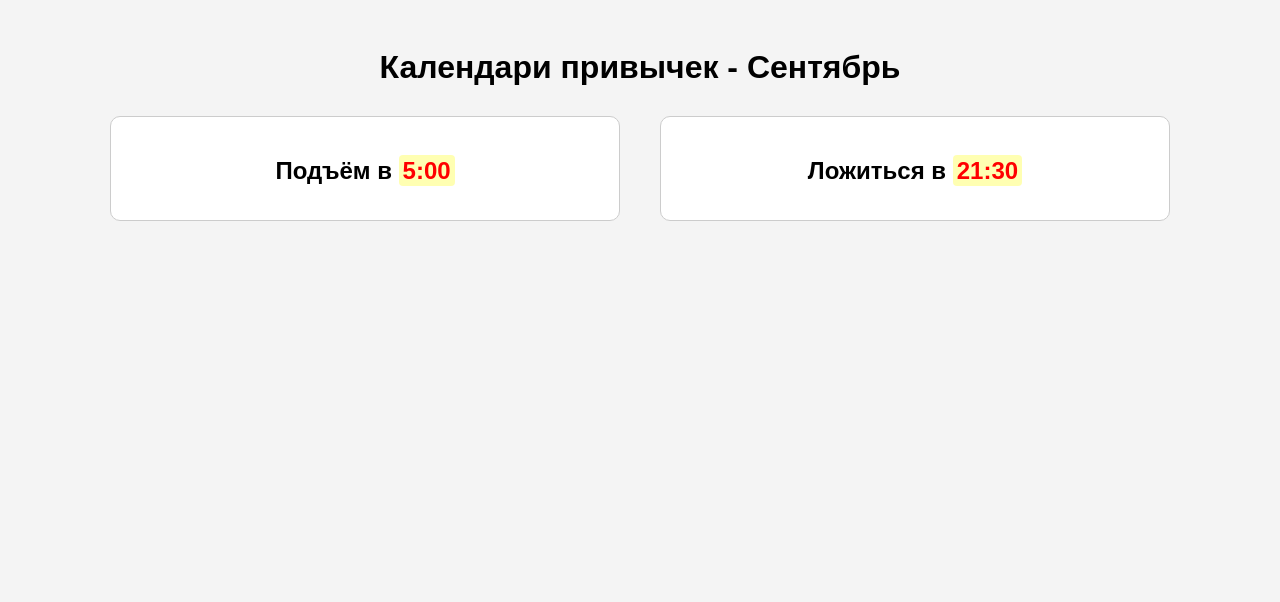
Repository: Pavel1776/doublecalendar
Page: index.html
These files come from the project's save history. The page is drawn as it stood at one moment and after the next save; the edit follows.
The browser window is 1280 px wide. The pictures show the whole page.

Above is the page before, as saved 2025-09-17 15:08:52.
Console error: TypeError: Cannot read properties of null (reading 'appendChild')

### index.html
<!DOCTYPE html>
<html lang="ru">

<head>
  <meta charset="UTF-8">
  <meta name="viewport" content="width=device-width, initial-scale=1.0">
  <link href="style.css" rel="stylesheet">
  <title>Календари привычек</title>
</head>

<body>

  <h1>Календари привычек - Сентябрь</h1>

  <div class="calendars-container">
    <!-- Первый календарь -->
    <div class="calendar">
      <h2>Подъём в <span class="highlight">5:00</span></h2>
      <div class="calendar-grid" id="calendar1"></div>
    </div>

    <!-- Второй календарь -->
    <div class="calendar">
      <h2>Ложиться в <span class="highlight">21:30</span></h2>
      <div class="calendar-grid" id="calendar2"></div>
    </div>
  </div>

  <script src="script.js"></script>
</body>

</html>

### style.css
body {
  font-family: Arial, sans-serif;
  background: #f4f4f4;
  display: flex;
  flex-direction: column;
  align-items: center;
  padding: 20px;
}

h1 {
  margin-bottom: 30px;
}

.calendars-container {
  display: flex;              /* календари в ряд */
  justify-content: center;
  gap: 40px;                  /* расстояние между ними */
  flex-wrap: wrap;            /* если мало места — перенос */
}

.calendar {
  background: #fff;
  border: 1px solid #ccc;
  border-radius: 10px;
  padding: 20px;
  text-align: center;
}

.calendar h2 {
  margin-bottom: 15px;
}

.calendar-grid {
  display: grid;
  grid-template-columns: repeat(7, 60px);
  gap: 8px;
}

.day {
  width: 60px;
  height: 60px;
  display: flex;
  align-items: center;
  justify-content: center;
  background: white;
  border: 1px solid #ccc;
  font-size: 18px;
  cursor: pointer;
  position: relative;
}

.day.crossed::after {
  content: "✖";
  color: rgba(255, 0, 0, 0.6);
  font-size: 40px;
  position: absolute;
}

.day.success::after {
  content: "✔";
  color: rgba(0, 200, 0, 0.6);
  font-size: 40px;
  position: absolute;
}

.highlight {
  font-weight: bold;
  color: red;
  background-color: rgba(255, 255, 0, 0.3);
  padding: 2px 4px;
  border-radius: 4px;
}

### script.js
const daysInSeptember = 30;

// ---------------------- Календарь подъём в 5:00 ----------------------
const morningCalendar = document.getElementById("calendar-morning");
let morningStatus = JSON.parse(localStorage.getItem("morningStatus")) || {};

for (let i = 1; i <= daysInSeptember; i++) {
  const day = document.createElement("div");
  day.classList.add("day");
  day.textContent = i;

  if (morningStatus[i] === "success") day.classList.add("success");
  if (morningStatus[i] === "fail") day.classList.add("fail");

  day.addEventListener("click", () => {
    if (day.classList.contains("success")) {
      day.classList.remove("success");
      day.classList.add("fail");
      morningStatus[i] = "fail";
    } else if (day.classList.contains("fail")) {
      day.classList.remove("fail");
      delete morningStatus[i];
    } else {
      day.classList.add("success");
      morningStatus[i] = "success";
    }

    localStorage.setItem("morningStatus", JSON.stringify(morningStatus));
  });

  morningCalendar.appendChild(day);
}

// ---------------------- Календарь ложусь до 21:30 ----------------------
const bedtimeCalendar = document.getElementById("calendar-bedtime");
let bedtimeStatus = JSON.parse(localStorage.getItem("bedtimeStatus")) || {};

for (let i = 1; i <= daysInSeptember; i++) {
  const day = document.createElement("div");
  day.classList.add("day");
  day.textContent = i;

  if (bedtimeStatus[i] === "success") day.classList.add("success");
  if (bedtimeStatus[i] === "fail") day.classList.add("fail");

  day.addEventListener("click", () => {
    if (day.classList.contains("success")) {
      day.classList.remove("success");
      day.classList.add("fail");
      bedtimeStatus[i] = "fail";
    } else if (day.classList.contains("fail")) {
      day.classList.remove("fail");
      delete bedtimeStatus[i];
    } else {
      day.classList.add("success");
      bedtimeStatus[i] = "success";
    }

    localStorage.setItem("bedtimeStatus", JSON.stringify(bedtimeStatus));
  });

  bedtimeCalendar.appendChild(day);
}

After the next save:
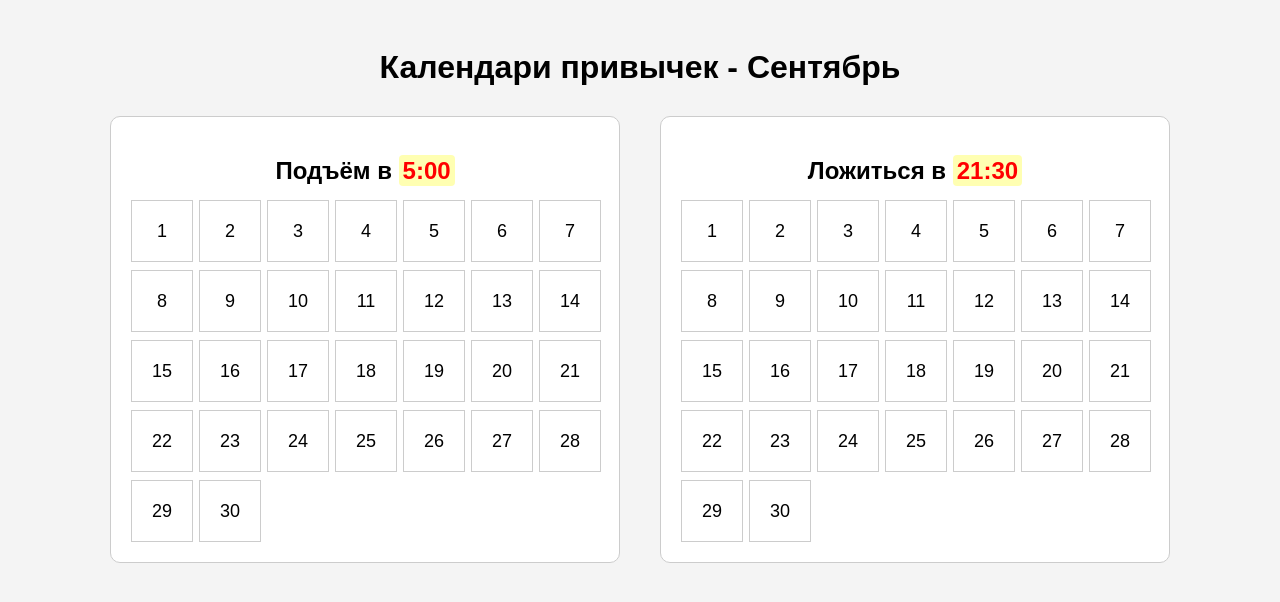
The error is gone.
Saved 21 s later.
--- a/script.js
+++ b/script.js
@@ -1,63 +1,40 @@
 const daysInSeptember = 30;
 
-// ---------------------- Календарь подъём в 5:00 ----------------------
-const morningCalendar = document.getElementById("calendar-morning");
-let morningStatus = JSON.parse(localStorage.getItem("morningStatus")) || {};
+// Отдельные массивы для каждого календаря
+let crossedDays1 = JSON.parse(localStorage.getItem("crossedDays1")) || [];
+let crossedDays2 = JSON.parse(localStorage.getItem("crossedDays2")) || [];
 
-for (let i = 1; i <= daysInSeptember; i++) {
-  const day = document.createElement("div");
-  day.classList.add("day");
-  day.textContent = i;
+// Функция для отрисовки календаря
+function renderCalendar(containerId, crossedDays, storageKey, crossClass) {
+  const calendar = document.getElementById(containerId);
 
-  if (morningStatus[i] === "success") day.classList.add("success");
-  if (morningStatus[i] === "fail") day.classList.add("fail");
+  for (let i = 1; i <= daysInSeptember; i++) {
+    const day = document.createElement("div");
+    day.classList.add("day");
+    day.textContent = i;
 
-  day.addEventListener("click", () => {
-    if (day.classList.contains("success")) {
-      day.classList.remove("success");
-      day.classList.add("fail");
-      morningStatus[i] = "fail";
-    } else if (day.classList.contains("fail")) {
-      day.classList.remove("fail");
-      delete morningStatus[i];
-    } else {
-      day.classList.add("success");
-      morningStatus[i] = "success";
+    if (crossedDays.includes(i)) {
+      day.classList.add(crossClass);
     }
 
-    localStorage.setItem("morningStatus", JSON.stringify(morningStatus));
-  });
+    day.addEventListener("click", () => {
+      day.classList.toggle(crossClass);
 
-  morningCalendar.appendChild(day);
+      if (day.classList.contains(crossClass)) {
+        crossedDays.push(i);
+      } else {
+        crossedDays = crossedDays.filter(d => d !== i);
+      }
+
+      localStorage.setItem(storageKey, JSON.stringify(crossedDays));
+    });
+
+    calendar.appendChild(day);
+  }
 }
 
-// ---------------------- Календарь ложусь до 21:30 ----------------------
-const bedtimeCalendar = document.getElementById("calendar-bedtime");
-let bedtimeStatus = JSON.parse(localStorage.getItem("bedtimeStatus")) || {};
+// Первый календарь (крестики)
+renderCalendar("calendar1", crossedDays1, "crossedDays1", "crossed");
 
-for (let i = 1; i <= daysInSeptember; i++) {
-  const day = document.createElement("div");
-  day.classList.add("day");
-  day.textContent = i;
-
-  if (bedtimeStatus[i] === "success") day.classList.add("success");
-  if (bedtimeStatus[i] === "fail") day.classList.add("fail");
-
-  day.addEventListener("click", () => {
-    if (day.classList.contains("success")) {
-      day.classList.remove("success");
-      day.classList.add("fail");
-      bedtimeStatus[i] = "fail";
-    } else if (day.classList.contains("fail")) {
-      day.classList.remove("fail");
-      delete bedtimeStatus[i];
-    } else {
-      day.classList.add("success");
-      bedtimeStatus[i] = "success";
-    }
-
-    localStorage.setItem("bedtimeStatus", JSON.stringify(bedtimeStatus));
-  });
-
-  bedtimeCalendar.appendChild(day);
-}
+// Второй календарь (галочки)
+renderCalendar("calendar2", crossedDays2, "crossedDays2", "success");
